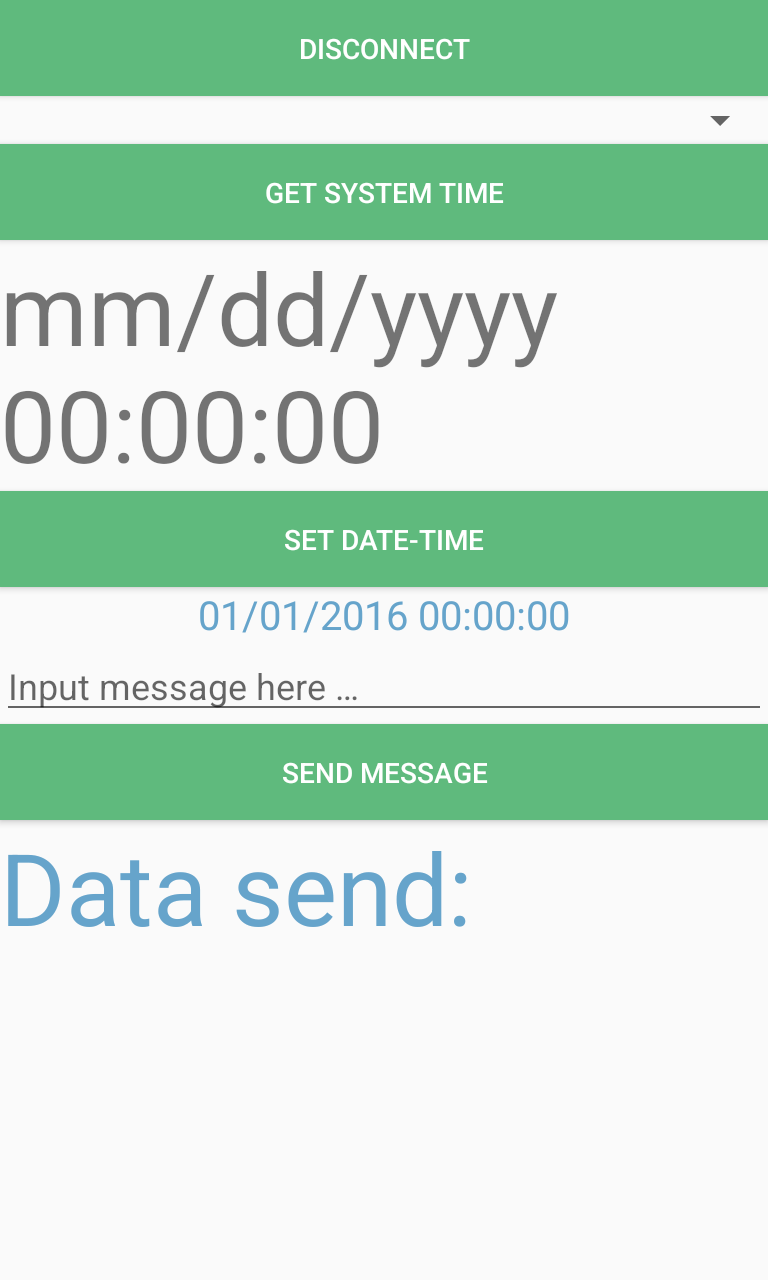
Repository: FisherKei/EclipseWorkspace
Layout: PIC_HC05_DS1307/PIC_HC06_DS1307/res/layout/timer_ds1307.xml
These files come from the project's save history. The layout is drawn as it stood at one moment and after a run of saves; the edit follows.
It is drawn on a 768 x 1280 px phone screen (xhdpi) without system bars, with theme AppTheme; the app's code is not run.

Above is the layout before, as saved 2016-06-27 12:59:56.

After the next 2 saves:
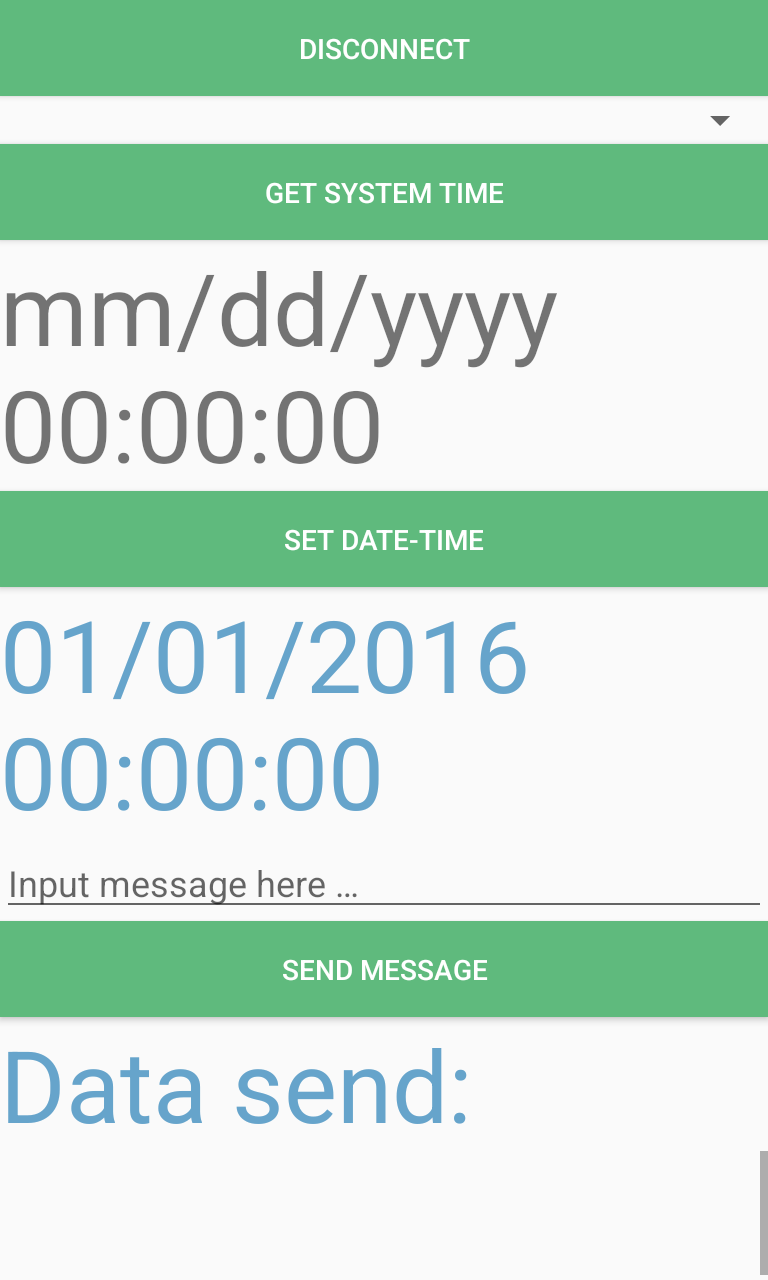
The 2 saves are shown as one change because they came seconds apart.
The last was saved 7 s later.
--- a/PIC_HC05_DS1307/PIC_HC06_DS1307/res/layout/timer_ds1307.xml
+++ b/PIC_HC05_DS1307/PIC_HC06_DS1307/res/layout/timer_ds1307.xml
@@ -48,10 +48,9 @@
         android:layout_width="wrap_content"
         android:layout_height="wrap_content"
         android:textColor="#66A4CB"
-        android:textSize="50sp"
         android:layout_gravity="center_horizontal"
         android:text="@string/strInitialDateTime"
-        android:textSize="20sp" />
+        android:textSize="50sp" />
 
     <EditText
         android:id="@+id/editMessage"
